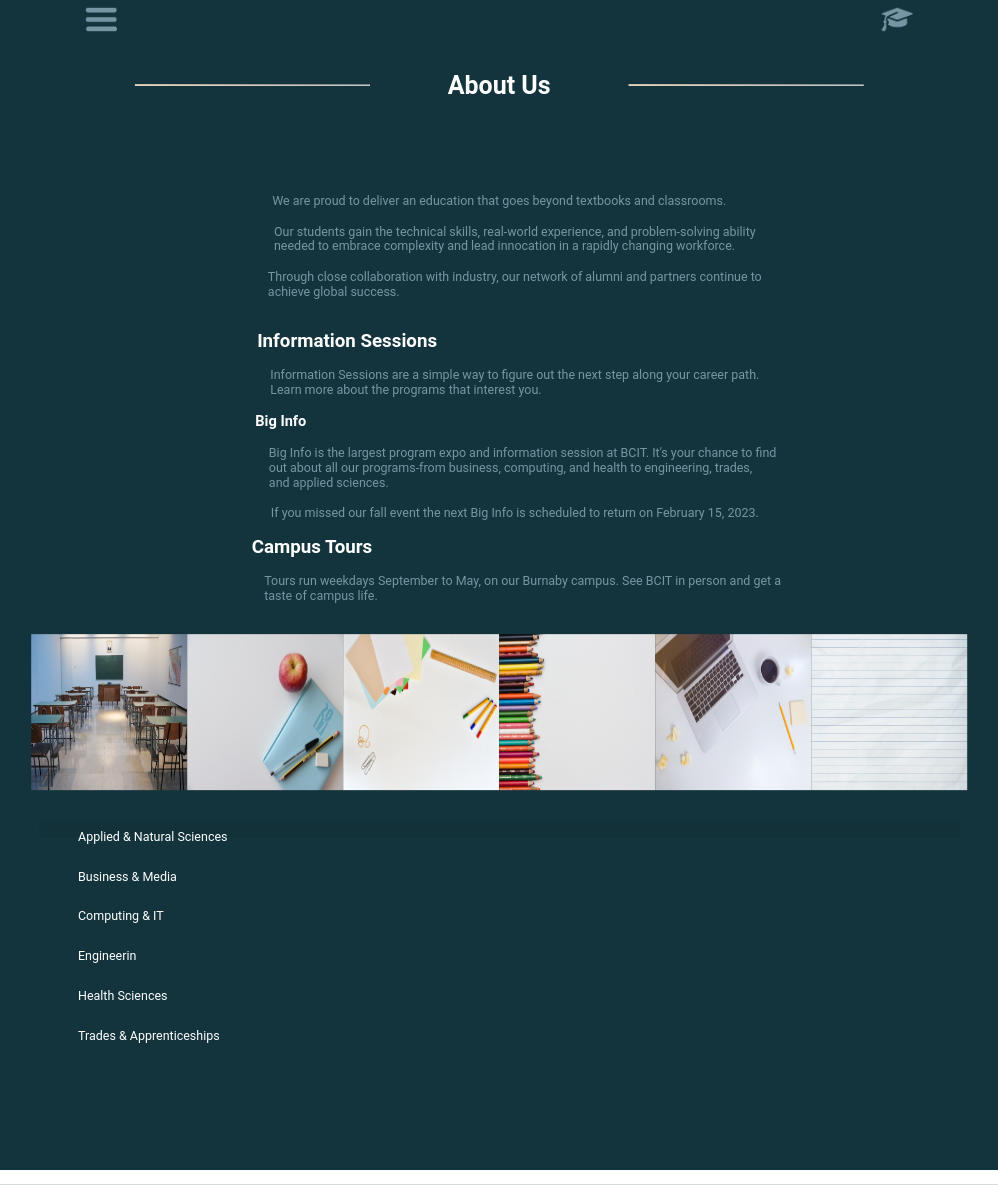
Repository: Sheraliramzan/Aly_A01253508_Assignment1
Page: /about
These files come from the project's save history. The page is drawn as it stood at one moment and after the next save; the edit follows.
The browser window is 1280 px wide. The pictures show the whole page, at 78% of full size.
The project was rebuilt for these pictures with package versions that can differ from the ones it lists, and the page was loaded fresh each time. The framework's server and built-in components were replaced by stand-ins that run in the browser. Also part of the build but not shown: next.config.js.

Above is the page before, as saved 2023-02-05 10:03:47.

### pages/about.js
import Head from 'next/head'
import Image from 'next/image'
import styles from '../styles/Home.module.css'
import dynamic from "next/dynamic";
import Nav from '../comp/nav/nav';


const About = () => {
  return (
    <>
      <Head>
        <title>About Us</title>
        <meta name="author" content="MDIA 2109" />
        <meta property="og:title" content= 'Assignment #1 - About Us Page'/>
        <meta property="og:description" content= "BCIT Digital Design and Development Diploma"/>
        <meta name="viewport" content="width=device-width, initial-scale=1" />
        <link rel="icon" href="/favicon.png" />
      </Head>
      <main className={styles.main}>
        <div className="aboutcont">
          <Nav/>
          <div>
              <div className='headcont1'>
                <hr className='hori'></hr>
                <h1 className='header'>About Us</h1>
                <hr className='hori1'></hr>
                <h1></h1>
              </div>
              <div className='paracont'>
                <p className='para2'> We are proud to deliver an education that goes beyond textbooks
                  and classrooms.</p>
                <p className='para3'> Our students gain the technical skills, real-world experience,
                  and problem-solving ability <br /> needed to embrace complexity
                  and lead innocation in a rapidly changing workforce.</p>
                <p className='para3'>Through close collaboration with industry, our network of alumni
                  and partners continue to <br /> achieve global success.</p>
              </div>
                <h2 className='header2'> Information Sessions</h2>
                <p className='para3'> Information Sessions are a simple way to figure out the next
                  step along your career path. <br /> Learn more about the
                programs that interest you.</p>
                <h3 className='header3'>Big Info</h3>
              <p className='para4'> Big Info is the largest program expo and information session at
                BCIT. It's your chance to find <br /> out about all our
                programs-from business, computing, and health to engineering,
                trades,
                <br /> and applied sciences.
              </p>
              <p className='para3'>If you missed our fall event the next Big Info is scheduled to
                return on February 15, 2023.
              </p>
              <h2 className="header4">Campus Tours</h2>
              <p className='para4'>  Tours run weekdays September to May, on our Burnaby campus. See
                BCIT in person and get a <br /> taste of campus life.</p>
          </div>
          <div>
            <div id="carouselImage">
                <Image src={"/0.jpg"} width={200} height={200}></Image>
                <Image src={"/1.jpg"} width={200} height={200}></Image>
                <Image src={"/2.jpg"} width={200} height={200}></Image>
                <Image src={"/3.jpg"} width={200} height={200}></Image>
                <Image src={"/4.jpg"} width={200} height={200}></Image>
                <Image src={"/5.jpg"} width={200} height={200}></Image>
            </div >
                  <div id="testOnImageHere">
                    <ul>
                      <li>Applied & Natural Sciences</li>
                      <li>Business & Media</li>
                      <li>Computing & IT</li>
                      <li>Engineerin</li>
                      <li>Health Sciences</li>
                      <li>Trades & Apprenticeships</li>
                    </ul>
                  </div>
          </div>
        </div>
        <a>
            <span>
                <img></img>
                <img></img>
            </span>
        </a>
      </main>
    </>
  )
}
export default dynamic (() => Promise.resolve(About), {ssr: false})

### styles/globals.css


* {
  box-sizing: border-box;
  padding: 0;
  margin: 0;
}

html,
body {
  margin: 0;
  padding: 0;
  font-family: "Roboto", sans-serif;
  scrollbar-width: none;

}
.menuimg{
  margin-left: 100px;
}
.gardimg{
  margin-right: 100px;
}
.navcont {
  display: flex;
  align-items: center;
  justify-content: space-between;
  padding: 10px;
}
.menucont{
  position: absolute;
  top: 0rem;
  left: 4rem;
}
a{
  color: var(--primary-color);
  text-decoration: none;
}

ul {
  display: flex;
  flex-direction: column;
  position: absolute;
  top: 10px;
  left: 50px;
  gap: 2rem;
  text-decoration: none;
}

ul > li {
  list-style-type: none;
  text-decoration: none;
  color: var(--primary-color);
}
.listcont{
  position: absolute;
  display: flex;
  align-items: flex-start;
  left: 3rem;
  top: 3rem;
}

.btncont {
  display: flex;
}

.close {
  background-color: transparent;
  border: none;
  font-size: larger;
  color: var(--primary-color);
}

.fullcont{
  width: 100vw;
  height: 100vh;
  background-image: url("/background-images/backgroundMountain.jpg");
  background-size: cover;
}
.but1{
  margin: 2px;
  padding: 5px 15px;
  background: none;
  border: 1px solid var(--primary-color);
  border-radius: 5px;
  color:var(--primary-color) ;
}
.butcont{
 margin-left: 250px;
}

.but1:hover{
  background-color: var( --primary-color);
  color: var(--quinary-color);
}
.downarrow{
  position: relative;
  left: 650px;
  top:50px;
}
.headcont{
  display: flex;
  flex-direction: column;
  width: 25%;
  margin-top: 320px;
  margin-left: 250px;
}
.headhome{
  color: var(--primary-color);
  font-size: 25px;
  margin-bottom: 10px;
}
.horidiv{
  width: 60%;
  border: 1px solid var(--secondary-color);
  margin-bottom: 10px;
}
.para1{
  color: var(--primary-color);
  font-size:12px;
  width: 100%;
  opacity: 0.8;
}
.aboutcont{
  width: 100%;
  background-color: var( --quaternary-color);
  justify-content: center;
  height: 1500px;
}
.hori{
  border-left: 300px solid var(--secondary-color);
  width: 100px;
  height: 1px;
  margin-right: 100px;
}
.hori1{
  border-left: 300px solid var(--secondary-color);
  width: 100px;
  height: 1px;
  margin-left: 100px;
}
.headcont1{
  text-align: center;
  margin-top: 40px;
  display: flex;
  justify-content: center;
  align-items: center;
}
.header{
  color: var(--primary-color);
}
.paracont{
  display: flex;
  flex-direction: column;
  color: var(--ternary-color);
  justify-content: center;
  align-items: center;
  margin-top: 100px;

}
.para2{
  margin-top: 20px;
  margin-bottom: 20px;
}
.header2{
  display: flex;
  flex-direction: column;
  align-items: center;
  margin-right: 390px;
  margin-top: 20px;
  margin-bottom: 20px;
  color: var(--primary-color);
}
.header3{
  display: flex;
  flex-direction: column;
  align-items: center;
  margin-right: 560px;
  margin-top: 20px;
  margin-bottom: 20px;
  color: var(--primary-color);
}
.header4{
  display: flex;
  flex-direction: column;
  align-items: center;
  margin-right: 480px;
  margin-top: 20px;
  margin-bottom: 20px;
  color: var(--primary-color);
}
.para3{
  color: var(--ternary-color);
  display: flex;
  align-items: center;
  justify-content: center;
  margin-bottom: 20px;
  margin-left: 40px;
}
.para4{
  color: var(--ternary-color);
  display: flex;
  align-items: center;
  justify-content: center;
  margin-bottom: 20px;
  margin-left: 60px;
}
#carouselImage{
  height: 200px;
  background-repeat: no-repeat;
  background-size: cover;
  display: flex;
  justify-content: center;
  align-items: center;
  margin: 40px 0px;
}
#testOnImageHere{
  background-color: rgba(16, 46, 53, 0.5);
  padding: 10px;
  margin: 0px 50px;
  position: relative;
}

### styles/variables.css
:root{
    --primary-color:#fff;
    --secondary-color:#f4d6b9;
    --ternary-color: #7796a4;
    --quaternary-color:#14343d;
    --quinary-color:rgba(16,46,53,0.5);
}

### styles/Home.module.css
.main {
  display: flex;
  flex-direction: column;
  justify-content: space-between;
  align-items: center;
}

### comp/nav/nav.js
import Head from 'next/head'
import Image from 'next/image'
import { useState } from 'react'
import { useRouter } from 'next/router'
import Link from 'next/link'

export default function Nav(){
    const [isMenuOpen, setIsMenuOpen] = useState(false);
  const handleClick = () => {
    setIsMenuOpen(!isMenuOpen);
  };
  const router = useRouter();
    return (
    <>
        <div className="navcont">
              <Image alt='menu' className='menuimg'
                src={"/icons/menu-icon.png"}
                width={40}
                height={30}
                onClick={handleClick}
              />
              <Image alt='grad' className='gardimg' src={"/icons/graduation-hat.png"} width={40} height={30} />
          </div>
          {isMenuOpen && (
            <div className="menucont">
              <div className="listcont">
                <div className="btncont">
                  <button className="close" onClick={handleClick}>
                    X
                  </button>
                </div>
                <div>
                  <ul>
                    <li>
                      <a href="#">Home</a>
                    </li>
                    <li>
                      <a href="/about">About</a>
                    </li>
                    <li>
                      <a href="/contact">Contact</a>
                    </li>
                  </ul>
                </div>
              </div>
              <Image alt='bar'
                src={"/background-images/menuBackground.png"}
                width={240}
                height={240}
              />
            </div>
          )}
    </>
    )
}

Loaded but not shown: pages/_app.js (common file); pages/_document.js (common file); pages/api/hello.js (common file)

After the next save:
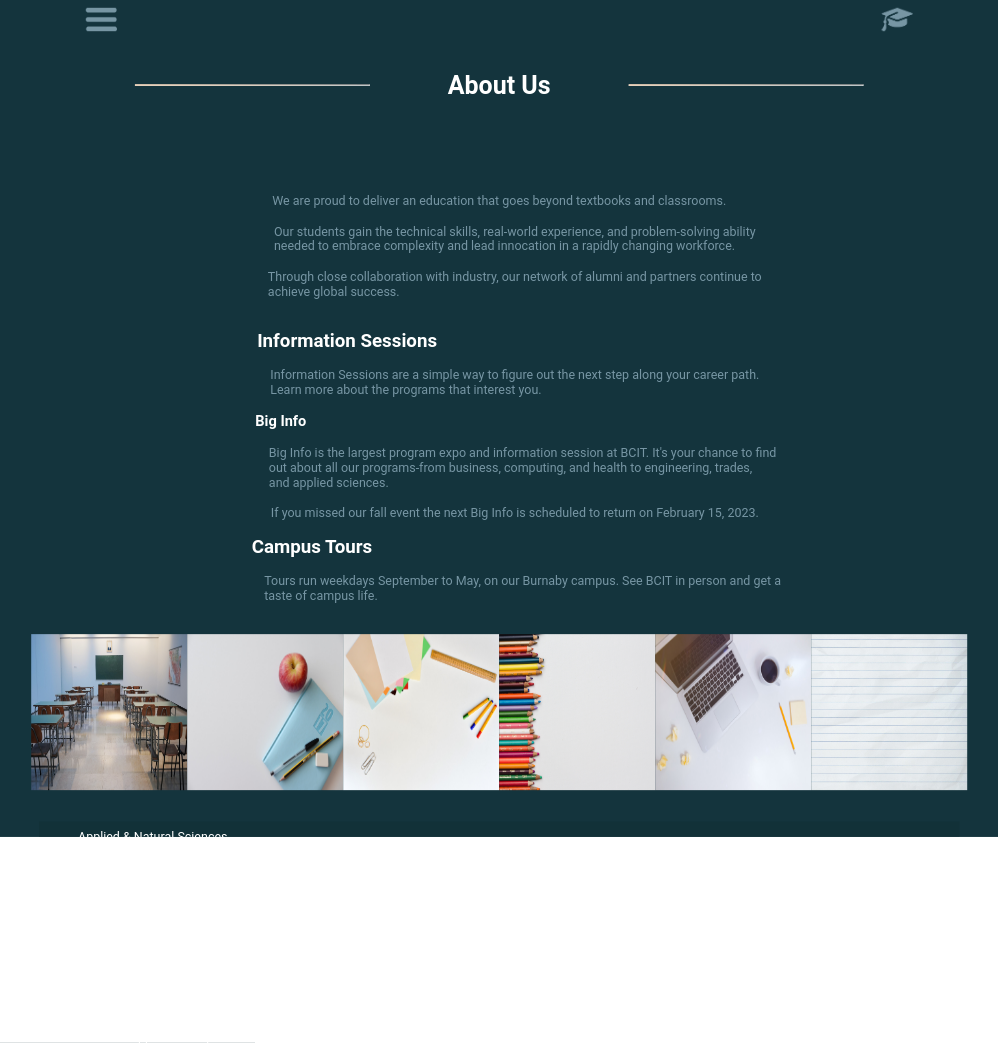
Saved 13 s later.
--- a/styles/globals.css
+++ b/styles/globals.css
@@ -124,7 +124,6 @@ ul > li {
   width: 100%;
   background-color: var( --quaternary-color);
   justify-content: center;
-  height: 1500px;
 }
 .hori{
   border-left: 300px solid var(--secondary-color);
